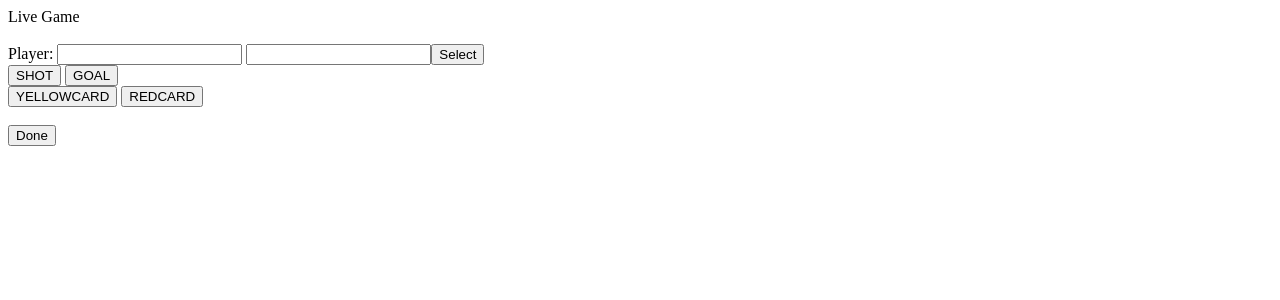
Repository: FredGlozman/SwiftScore
Page: SwiftScore/LiveScoreKeeping.html
These files come from the project's save history. The page is drawn as it stood at one moment and after the next save; the edit follows.
The browser window is 1280 px wide. The pictures show the whole page.

Above is the page before, as saved 2015-12-02 16:41:04.

### SwiftScore/LiveScoreKeeping.html
<html>
<head>
<title>Live Score Keeping</title>
</head>
<body>
<form action="LiveScoreKeeping.php" method = "post" >
Live Game
<br><br>
Player: <input type="text" name="player"> <input type="text" name="number" ><input type= "submit" value= "Select">
 <br>
  <input type= "submit" name= "action" value= "SHOT">
  <input type= "submit" name= "action" value= "GOAL">
 <br>
  <input type= "submit" name= "action" value= "YELLOWCARD">
  <input type= "submit" name= "action" value= "REDCARD">
   <br> <br>
<input type= "submit" name= "action" value= "Done">
</form>
</body>
</html>

After the next save:
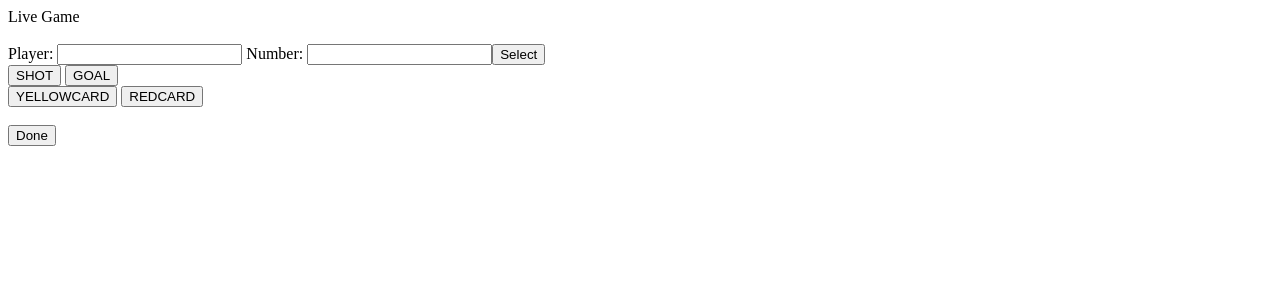
Saved 58 s later.
--- a/SwiftScore/LiveScoreKeeping.html
+++ b/SwiftScore/LiveScoreKeeping.html
@@ -6,7 +6,7 @@
 <form action="LiveScoreKeeping.php" method = "post" >
 Live Game
 <br><br>
-Player: <input type="text" name="player"> <input type="text" name="number" ><input type= "submit" value= "Select">
+Player: <input type="text" name="player"> Number: <input type="text" name="number" ><input type= "submit" value= "Select">
  <br>
   <input type= "submit" name= "action" value= "SHOT">
   <input type= "submit" name= "action" value= "GOAL">
